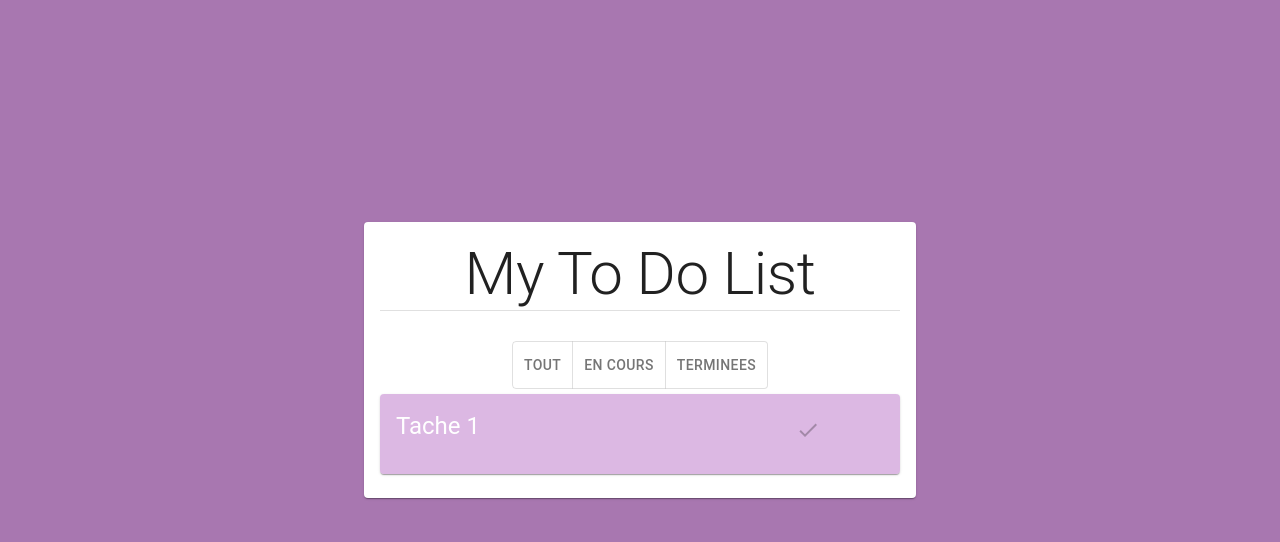
Repository: Fathiyasmine/Todo-list-project
Page: /
An editor plug-in stored every save of this project. The page is shown before and after the next save, followed by the edit.
The browser window is 1280 px wide. The pictures show the whole page.
The project was rebuilt for these pictures with package versions that can differ from the ones it lists, and the page was loaded fresh each time.

Above is the page before, as saved 2025-12-07 18:29:27.

### src/App.js
import "./App.css";
import ToDoList from "./components/ToDoList";

function App() {
  return (
    <div
      className="App"
      style={{
        display: "flex",
        justifyContent: "center",
        alignItems: "center",
        background: "#a877b0",
        height: "100vh",
      }}
    >
      <ToDoList />
    </div>
  );
}

export default App;

### src/components/TodoList.js
import * as React from "react";
import Container from "@mui/material/Container";
import Card from "@mui/material/Card";
import CardContent from "@mui/material/CardContent";
import Typography from "@mui/material/Typography";
import Divider from "@mui/material/Divider";
import ToggleButton from "@mui/material/ToggleButton";
import ToggleButtonGroup from "@mui/material/ToggleButtonGroup";
//Components
import Todo from "./Todo";
export default function ToDoList() {
  return (
    <Container maxWidth="sm">
      <Card>
        <CardContent>
          <Typography variant="h2">My To Do List</Typography>
          <Divider />
          {/*Filter buttons */}
          <ToggleButtonGroup
            // value={alignment}
            exclusive
            // onChange={handleAlignment}
            aria-label="text alignment"
            style={{ marginTop: "30px" }}
          >
            <ToggleButton value="left">Tout</ToggleButton>
            <ToggleButton value="right">En cours</ToggleButton>
            <ToggleButton value="center">Terminees</ToggleButton>
          </ToggleButtonGroup>
          {/*Filter buttons */}
          {/*All todos */}
          <Todo />
          {/*All todos */}
        </CardContent>
      </Card>
    </Container>
  );
}

### src/components/Todo.js
import Card from "@mui/material/Card";
import CardContent from "@mui/material/CardContent";
import Typography from "@mui/material/Typography";
import Grid from "@mui/material/Grid";
import CheckIcon from "@mui/icons-material/Check";
import DeleteIcon from "@mui/icons-material/Delete";

import IconButton from "@mui/material/IconButton";
export default function Todo() {
  return (
    <>
      <Card style={{ color: "white", background: "#c990d3a3", marginTop: 5 }}>
        <CardContent>
          <Grid container spacing={2}>
            <Grid size={8}>
              <Typography variant="h5" sx={{ textAlign: "left" }}>
                Tache 1
              </Typography>
            </Grid>
            {/*Action buttons */}
            <Grid size={4}>
              {" "}
              <IconButton aria-label="delete" disabled color="primary">
                <CheckIcon />
              </IconButton>{" "}
              {/*Action buttons */}
            </Grid>
          </Grid>
        </CardContent>
      </Card>
    </>
  );
}

Loaded but not shown: public/index.html (common file); src/index.js (common file); src/index.css (common file); src/reportWebVitals.js (common file); src/App.css (common file)

After the next save:
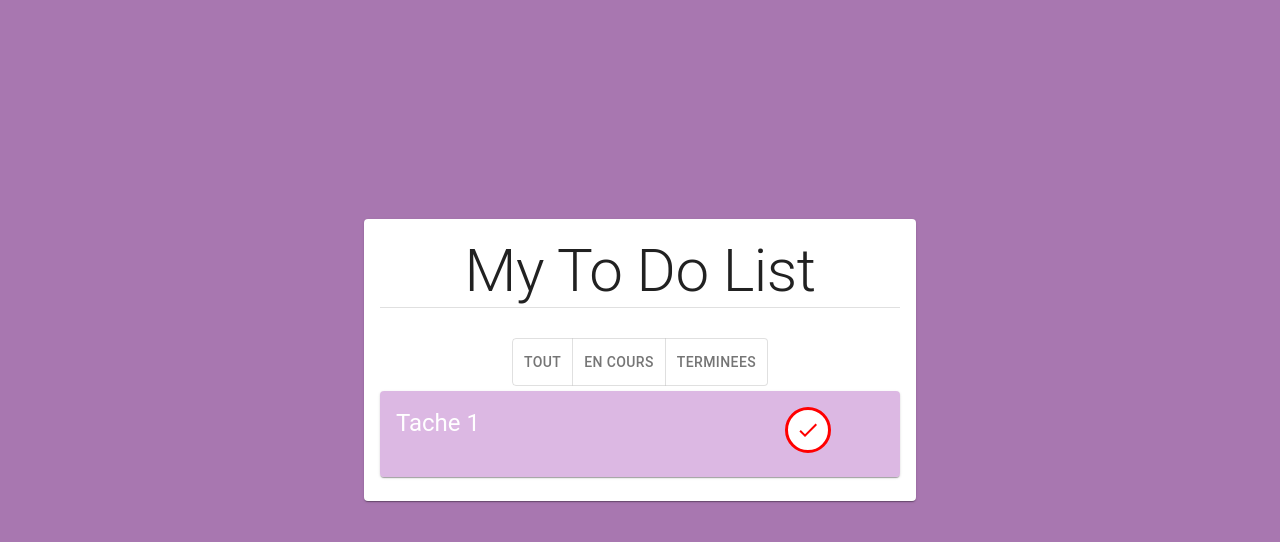
Saved 48 s later.
--- a/src/components/Todo.js
+++ b/src/components/Todo.js
@@ -20,7 +20,16 @@ export default function Todo() {
             {/*Action buttons */}
             <Grid size={4}>
               {" "}
-              <IconButton aria-label="delete" disabled color="primary">
+              <IconButton
+                aria-label="delete"
+                disabled
+                color="primary"
+                style={{
+                  color: "red",
+                  background: "white",
+                  border: "solid 3px",
+                }}
+              >
                 <CheckIcon />
               </IconButton>{" "}
               {/*Action buttons */}
